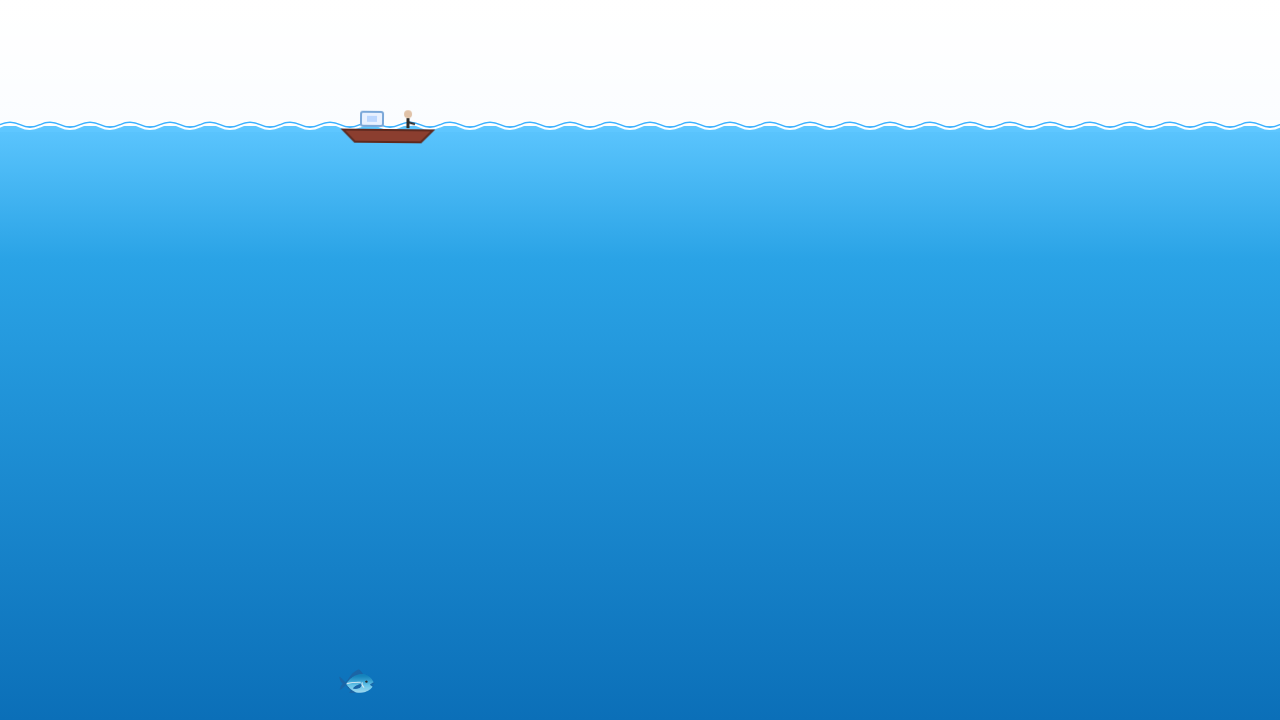
Repository: DeepFriedTurkey441/fd_game_project
Page: index.html
The author's editor kept a copy of each file at every save. The page is drawn from the files as they stood at one save, then again after the next save.
The browser window is 1280 px wide. The pictures show the whole page.

Above is the page before, as saved 2025-09-22 14:03:57.

### index.html
<!DOCTYPE html>
<html lang="en">
<head>
  <meta charset="UTF-8">
  <title>Fish Dodge</title>
  <link rel="stylesheet" href="style.css">
</head>
<body>
  <div id="game">
    <div id="air" aria-hidden="true"></div>
    <div id="waterline" aria-hidden="true"></div>
    <div class="boat" aria-label="small fishing boat" title="Fishing boat" style="left: 26vw;">
      <svg viewBox="0 0 120 60" xmlns="http://www.w3.org/2000/svg" aria-hidden="true">
        <!-- hull -->
        <path d="M10 40 L100 40 L88 52 L22 52 Z" fill="#8b3e2f" stroke="#5e291f" stroke-width="2"/>
        <!-- cabin -->
        <rect x="28" y="22" width="22" height="14" rx="2" fill="#e9f1ff" stroke="#7aa7d8" stroke-width="2"/>
        <rect x="34" y="26" width="10" height="6" fill="#bcd7ff"/>
        <!-- fisherman (simple) -->
        <circle cx="75" cy="24" r="4" fill="#e0c2a8"/>
        <path d="M75 28 L75 38" stroke="#2b2b2b" stroke-width="3"/>
        <path d="M75 32 L82 34" stroke="#2b2b2b" stroke-width="2"/>
        <!-- mast/rod placeholder (lines/hooks later) -->
      </svg>
    </div>
    <div id="fish" aria-label="fish"><span class="sprite" aria-hidden="true">🐟</span></div>
  </div>
  <script src="script.js"></script>
</body>
</html>

### style.css
/* Basic starter styling */
body {
    margin: 0;
    font-family: sans-serif;
    background-color: #0a3454;
    color: #fff;
  }

#game {
    position: relative;
    width: 100vw;
    height: 100vh;
    overflow: hidden;
    background: linear-gradient(#f9fbff 0%, #eaf3ff 16.66%, #5ec7ff 16.66%, #2aa3e6 36%, #0b6fb8 100%);
  }

/* Air overlay (top 1/6) to ensure a whitish sky */
#air {
    position: absolute;
    left: 0; right: 0;
    top: 0;
    /* Extend slightly past the waterline so crests have white behind them */
    height: calc(100vh / 6 + 12px);
    background: linear-gradient(to bottom, rgba(255,255,255,0.98), rgba(255,255,255,0.75));
    z-index: 1;
    pointer-events: none;
  }

/* Waterline at 1/6 of the viewport height from the top */
#waterline {
    position: absolute;
    left: 0; right: 0;
    top: calc(100vh / 6);
    height: 12px;
    z-index: 2;
    pointer-events: none;
    /* Squiggly wave on top of a 2-color band: white above, light blue below */
    background:
      url("data:[embedded picture, 376 characters]") repeat-x center,
      linear-gradient(to bottom, rgba(255,255,255,0.98) 0%, rgba(255,255,255,0.98) 50%, rgba(94,199,255,1) 50%, rgba(94,199,255,1) 100%);
    background-size: 80px 12px, 100% 100%;
  }

/* Boat at surface */
.boat {
    position: absolute;
    top: calc(100vh / 6 - 28px); /* float just above ripple crest */
    width: 120px; height: 60px;
    transform-origin: 50% 50%;
    animation: bob 3.2s ease-in-out infinite;
    z-index: 3; /* above line; fish swims under */
    pointer-events: none;
  }
  .boat svg { width: 100%; height: 100%; display: block; }

@keyframes bob {
  0%   { transform: translateY(0) rotate(-0.6deg); }
  50%  { transform: translateY(-2px) rotate(0.6deg); }
  100% { transform: translateY(0) rotate(-0.6deg); }
}

#fish {
    position: absolute;
    left: 24px;
    top: 50vh;
    transform: translateY(-50%);
    font-size: 32px;
    line-height: 1;
    user-select: none;
    z-index: 3;
  }
  #fish .sprite { display: inline-block; font-size: 32px; width: 1em; height: 1em; }
  /* Emoji orientation mappings */
  /* Most platforms render 🐟 facing left by default (head on left). */
  #fish .face-left { transform: scaleX(1); }
  #fish .face-right { transform: scaleX(-1); }

### script.js
// Fish movement prototype: slow downward drift, space = up/forward, 3 speeds (←/→)
(function () {
  const fish = document.getElementById('fish');
  const sprite = fish ? fish.querySelector('.sprite') : null;
  if (!fish) return;

  // Ensure fish faces right
  // using CSS flip on child span; no need to set text here

  const BASE_SPEEDS = [1, 3, 6];
  let speedIndex = 0;
  let dir = 1; // 1 = left→right, -1 = right→left
  let speed = BASE_SPEEDS[speedIndex]; // signed pixels/frame after scaling

  let x = 24;
  let y = window.innerHeight * 0.5;
  let vy = 0;
  let spacePressed = false;
  let paused = false;
  function getFishHalfHeight() {
    try {
      const rect = (sprite || fish).getBoundingClientRect();
      return Math.max(8, (rect.height || 32) / 2);
    } catch (_) {
      return 16; // fallback for early frames
    }
  }

  // Tunables
  function scale() { return Math.max(0.8, Math.min(2.0, window.innerWidth / 1200)); }
  function gravity() { return 0.12 * scale(); } // slow drift downward
  function maxFall() { return 3.0 * scale(); }
  function maxRise() { return -4.0 * scale(); }

  function wrapX(nx) {
    const w = window.innerWidth;
    if (nx > w) return nx - w;
    if (nx < 0) return nx + w;
    return nx;
  }

  function updateSpeed() {
    speed = dir * (BASE_SPEEDS[speedIndex] * scale());
    // Update facing based on direction
    if (sprite) {
      if (dir === 1) {
        sprite.classList.remove('face-left');
        sprite.classList.add('face-right');
      } else {
        sprite.classList.remove('face-right');
        sprite.classList.add('face-left');
      }
    }
  }

  function loop() {
    if (paused) { requestAnimationFrame(loop); return; }
    // Horizontal progress
    x = wrapX(x + speed);

    // Vertical physics
    if (spacePressed) {
      vy = Math.max(maxRise(), vy - 0.45 * scale());
    } else {
      vy = Math.min(maxFall(), vy + gravity());
    }
    // Compute waterline as top at 1/6 viewport height
    const waterlineY = window.innerHeight / 6;
    // Keep the fish's center at least one pixel below the waterline + half its height
    const halfH = getFishHalfHeight();
    const topClamp = Math.max(0, waterlineY + halfH + 1);
    const bottomClamp = window.innerHeight - 40;
    y = Math.max(topClamp, Math.min(bottomClamp, y + vy));

    // Render
    fish.style.left = x + 'px';
    fish.style.top = y + 'px';

    requestAnimationFrame(loop);
  }

  document.addEventListener('keydown', (e) => {
    switch (e.key) {
      case ' ': // surge
        if (!spacePressed) {
          spacePressed = true;
          vy = Math.max(maxRise(), vy - 2.2 * scale());
          fish.style.transform = 'translateY(-50%) scale(1.04) rotate(-3deg)';
        }
        break;
      case 'p':
        paused = !paused;
        break;
      case 'ArrowRight':
        if (dir === 1) {
          // Already moving right: speed up until max
          speedIndex = Math.min(BASE_SPEEDS.length - 1, speedIndex + 1);
        } else {
          // Moving left: step down speed; if already at slowest, flip to right slow
          if (speedIndex > 0) {
            speedIndex -= 1;
          } else {
            dir = 1; // flip direction
            speedIndex = 0; // start at slowest in new direction
          }
        }
        updateSpeed();
        break;
      case 'ArrowLeft':
        if (dir === -1) {
          // Already moving left: speed up until max
          speedIndex = Math.min(BASE_SPEEDS.length - 1, speedIndex + 1);
        } else {
          // Moving right: step down speed; if already at slowest, flip to left slow
          if (speedIndex > 0) {
            speedIndex -= 1;
          } else {
            dir = -1; // flip direction
            speedIndex = 0; // start at slowest in new direction
          }
        }
        updateSpeed();
        break;
    }
  });
  document.addEventListener('keyup', (e) => {
    if (e.key === ' ') {
      spacePressed = false;
      fish.style.transform = 'translateY(-50%)';
    }
  });

  window.addEventListener('resize', () => {
    x = Math.min(x, window.innerWidth - 40);
    // Re-apply clamp relative to new waterline and fish size
    const waterlineY = window.innerHeight / 6;
    const halfH = getFishHalfHeight();
    const topClamp = Math.max(0, waterlineY + halfH + 1);
    const bottomClamp = window.innerHeight - 40;
    y = Math.max(topClamp, Math.min(bottomClamp, y));
    updateSpeed();
  });

  // Init
  updateSpeed();
  // Ensure initial facing matches starting direction (right)
  if (sprite) { sprite.classList.add('face-right'); }
  loop();
})();

After the next save:
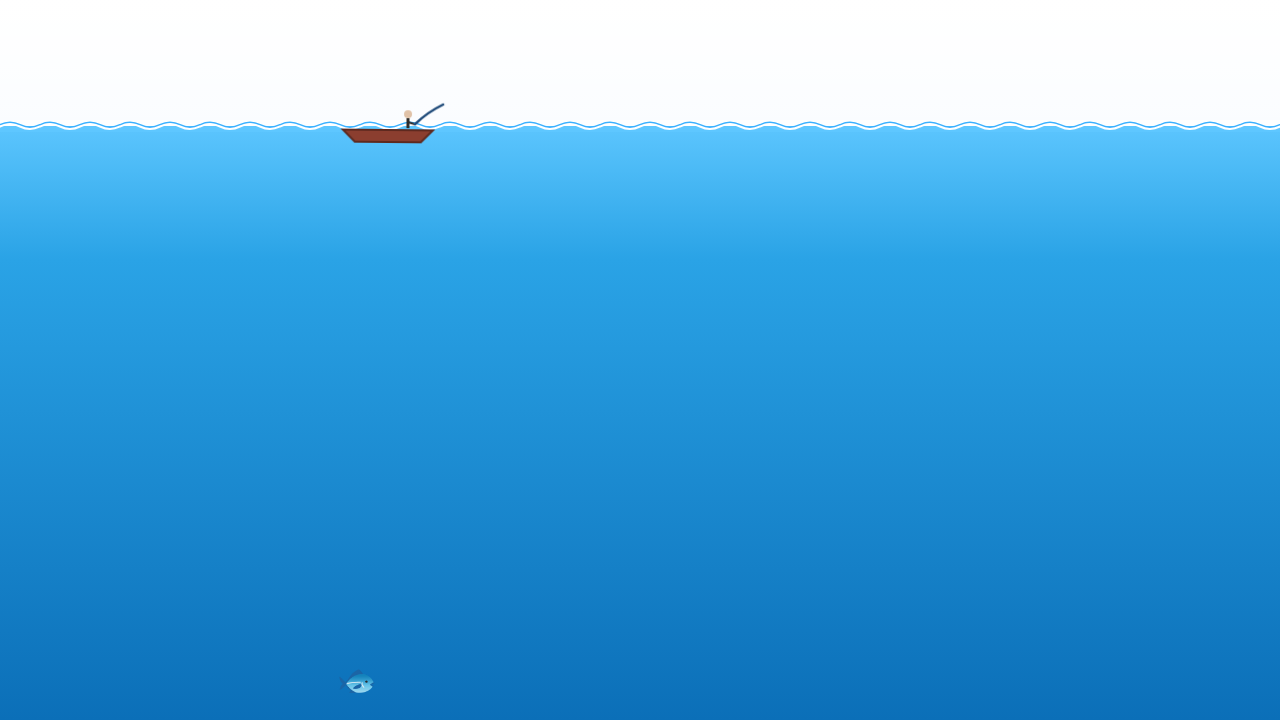
Saved 2 min 12 s later.
--- a/index.html
+++ b/index.html
@@ -13,14 +13,12 @@
       <svg viewBox="0 0 120 60" xmlns="http://www.w3.org/2000/svg" aria-hidden="true">
         <!-- hull -->
         <path d="M10 40 L100 40 L88 52 L22 52 Z" fill="#8b3e2f" stroke="#5e291f" stroke-width="2"/>
-        <!-- cabin -->
-        <rect x="28" y="22" width="22" height="14" rx="2" fill="#e9f1ff" stroke="#7aa7d8" stroke-width="2"/>
-        <rect x="34" y="26" width="10" height="6" fill="#bcd7ff"/>
         <!-- fisherman (simple) -->
         <circle cx="75" cy="24" r="4" fill="#e0c2a8"/>
         <path d="M75 28 L75 38" stroke="#2b2b2b" stroke-width="3"/>
         <path d="M75 32 L82 34" stroke="#2b2b2b" stroke-width="2"/>
-        <!-- mast/rod placeholder (lines/hooks later) -->
+        <!-- fishing rod (angled out over water) -->
+        <path d="M82 34 Q 94 22 110 14" stroke="#1f4b7a" stroke-width="2.5" fill="none" stroke-linecap="round"/>
       </svg>
     </div>
     <div id="fish" aria-label="fish"><span class="sprite" aria-hidden="true">🐟</span></div>
